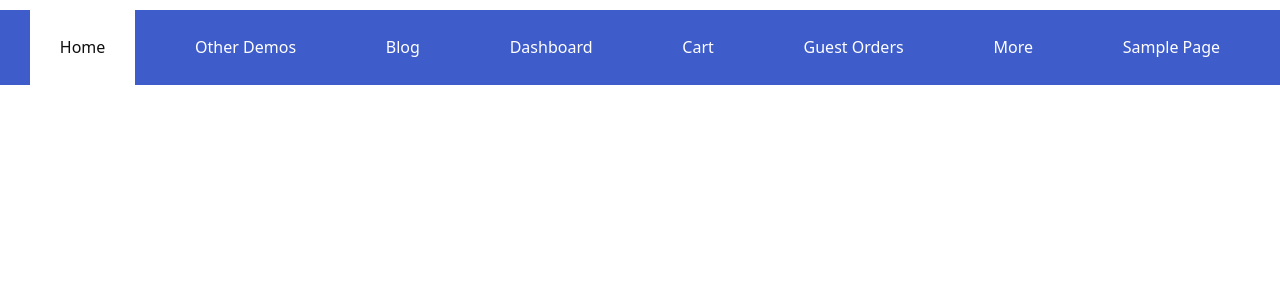
Repository: lannguyen1301/f8-zoom-day-4
Page: menu.html
These files come from the project's save history. The page is drawn as it stood at one moment and after a run of saves; the edit follows.
The browser window is 1280 px wide. The pictures show the whole page.

Above is the page before, as saved 2025-04-18 01:36:14.

After the next 2 saves:
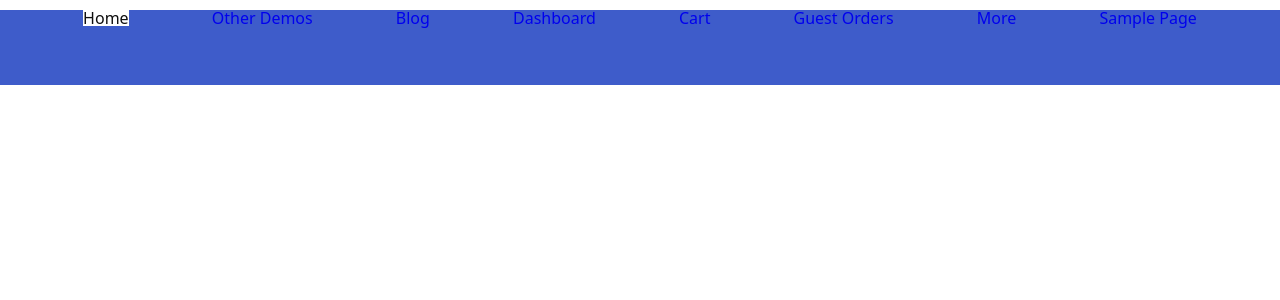
The 2 saves are shown as one change because they came seconds apart.
The last was saved 49 s later.
--- a/menu.html
+++ b/menu.html
@@ -13,28 +13,28 @@
     <nav class="navbar">
         <ul class="navbar-list">
             <li class="navbar-item active">
-                <a href="!#" class="nabr-link">Home</a>
+                <a href="!#" class="nabar-link">Home</a>
             </li>
             <li class="navbar-item">
-                <a href="!#" class="nabr-link">Other Demos</a>
+                <a href="!#" class="nabar-link">Other Demos</a>
             </li>
             <li class="navbar-item">
-                <a href="!#" class="nabr-link">Blog</a>
+                <a href="!#" class="nabar-link">Blog</a>
             </li>
             <li class="navbar-item">
-                <a href="!#" class="nabr-link">Dashboard</a>
+                <a href="!#" class="nabar-link">Dashboard</a>
             </li>
             <li class="navbar-item">
-                <a href="!#" class="nabr-link">Cart</a>
+                <a href="!#" class="nabar-link">Cart</a>
             </li>
             <li class="navbar-item">
-                <a href="!#" class="nabr-link">Guest Orders</a>
+                <a href="!#" class="nabar-link">Guest Orders</a>
             </li>
             <li class="navbar-item">
-                <a href="!#" class="nabr-link">More</a>
+                <a href="!#" class="nabar-link">More</a>
             </li>
             <li class="navbar-item">
-                <a href="!#" class="nabr-link">Sample Page</a>
+                <a href="!#" class="nabar-link">Sample Page</a>
             </li>
         </ul>
     </nav>

After the save that followed:
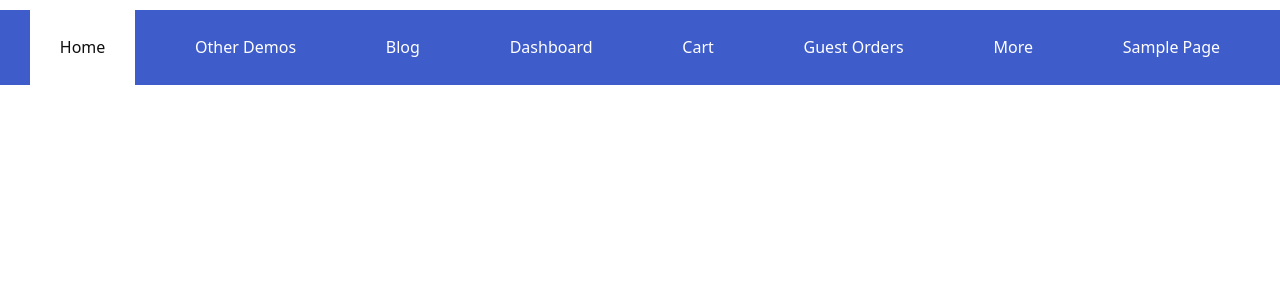
Saved 4 s later.
--- a/assets/css/navbar-style.css
+++ b/assets/css/navbar-style.css
@@ -32,7 +32,7 @@ ul.navbar-list {
     /* height: 75px; */
 }
 
-.nabr-link {
+.nabar-link {
     line-height: 75px;
     color: #fff;
     font-weight: 500;
